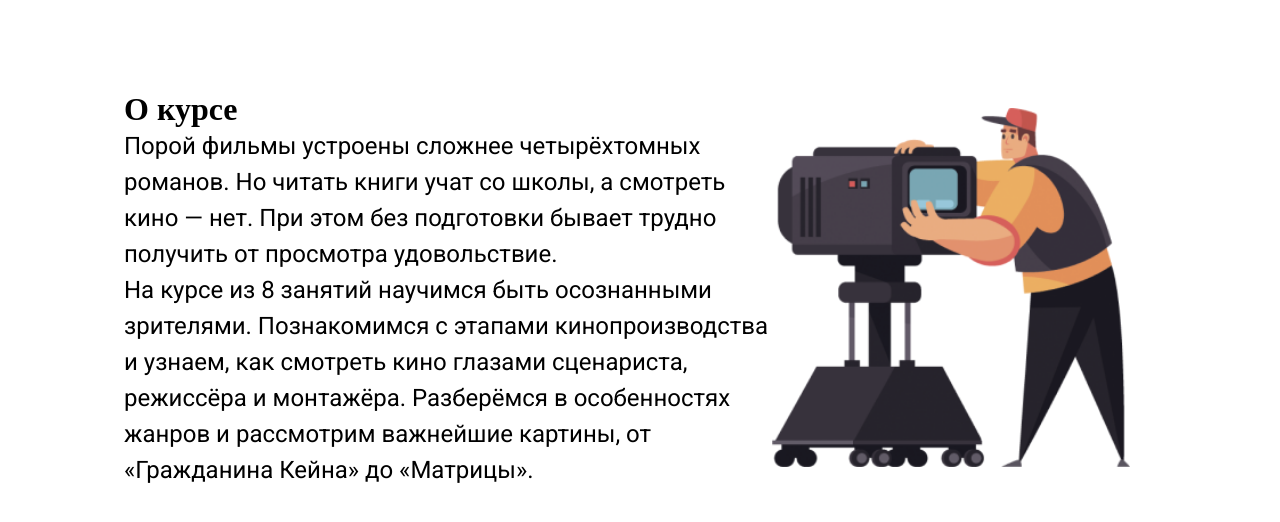
Repository: AytacSafarova/task-figma--1
Page: index.html
The author's editor kept a copy of each file at every save. The page is drawn from the files as they stood at one save, then again after a run of saves.
The browser window is 1280 px wide. The pictures show the whole page.

Above is the page before, as saved 2023-04-29 20:14:00.

### index.html
<!DOCTYPE html>
<html lang="en">
<head>
  <meta charset="UTF-8" />
  <meta http-equiv="X-UA-Compatible" content="IE=edge" />
  <meta name="viewport" content="width=device-width, initial-scale=1.0" />
  <title>Document</title>
  <link rel="stylesheet" href="/index.css" />
</head>

<body>
  <div class="container">
    <div class="row up">
      <div class="col left">
        <h1>О курсе</h1>
        <div class="text">
          <div>
            Порой фильмы устроены сложнее четырёхтомных романов. Но читать
            книги учат со школы, а смотреть кино — нет. При этом без
            подготовки бывает трудно получить от просмотра удовольствие.
          </div>
          <div>
            На курсе из 8 занятий научимся быть осознанными зрителями.
            Познакомимся с этапами кинопроизводства и узнаем, как смотреть
            кино глазами сценариста, режиссёра и монтажёра. Разберёмся в
            особенностях жанров и рассмотрим важнейшие картины, от
            «Гражданина Кейна» до «Матрицы».
          </div>
        </div>
      </div>
      <div class="col right">
        <img src="/images/_1 1.png" alt="" />
      </div>
    </div>

    <!-- <div class="down">
      <div class="image">
        <img src="/images/photo 1.png" alt="" />
      </div>

      <ul class="list">
        <li>
          <h5>8 занятий</h5>
          <p>Для погружения в кинематограф</p>
        </li>

        <li>
          <h5>8 занятий</h5>
          <p>Для погружения в кинематограф</p>
        </li>

        <li>
          <h5>8 занятий</h5>
          <p>Для погружения в кинематограф</p>
        </li>
      </ul>
    </div> -->
  </div>
</body>

</html>

### index.css
@import url('https://fonts.googleapis.com/css2?family=Roboto+Slab:wght@700&family=Roboto:wght@400;500;700&display=swap');
*{
    margin: 0;
    padding: 0;
}
.container{
padding: 91px 150px 173px 124px;
}

.row{
    display: flex;
    justify-content: space-between;
    align-items: center;
}

.left{
    width: 662px;
}


.header{
    font-size: 55px;
    font-family: 'Roboto', sans-serif;
    font-weight: 700;
    margin-bottom: 50px;
}
.text div{
    font-size: 24px;
    font-family: 'Roboto', sans-serif;
    font-weight: 400;
    line-height: 36px;
}

.right{
    width: 366px;
}
.right img{
    width: 100%;
}

.down{
    display: flex;
    align-items: center;
    justify-content: space-between;
    margin-top:94px;
}

.image{
    width: 232px;
}

.image img{
    width: 100%;
}


.list{
    display: flex;
    padding-right: 314px ;
}

li{
    width: 150px;
    margin-left: 95px;
}

After the next 6 saves:
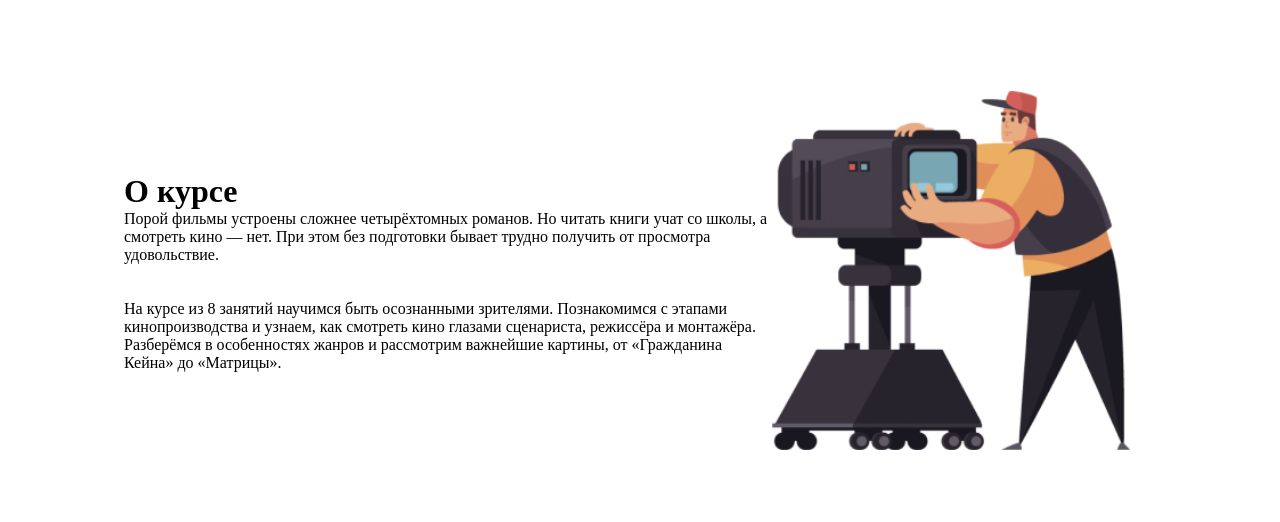
The 6 saves are shown as one change because they came seconds apart.
The last was saved 54 s later.
--- a/index.html
+++ b/index.html
@@ -14,18 +14,19 @@
       <div class="col left">
         <h1>О курсе</h1>
         <div class="text">
-          <div>
+          <p>
             Порой фильмы устроены сложнее четырёхтомных романов. Но читать
             книги учат со школы, а смотреть кино — нет. При этом без
             подготовки бывает трудно получить от просмотра удовольствие.
-          </div>
-          <div>
+          </p>
+          <br><br>
+          <p>
             На курсе из 8 занятий научимся быть осознанными зрителями.
             Познакомимся с этапами кинопроизводства и узнаем, как смотреть
             кино глазами сценариста, режиссёра и монтажёра. Разберёмся в
             особенностях жанров и рассмотрим важнейшие картины, от
             «Гражданина Кейна» до «Матрицы».
-          </div>
+          </p>
         </div>
       </div>
       <div class="col right">
